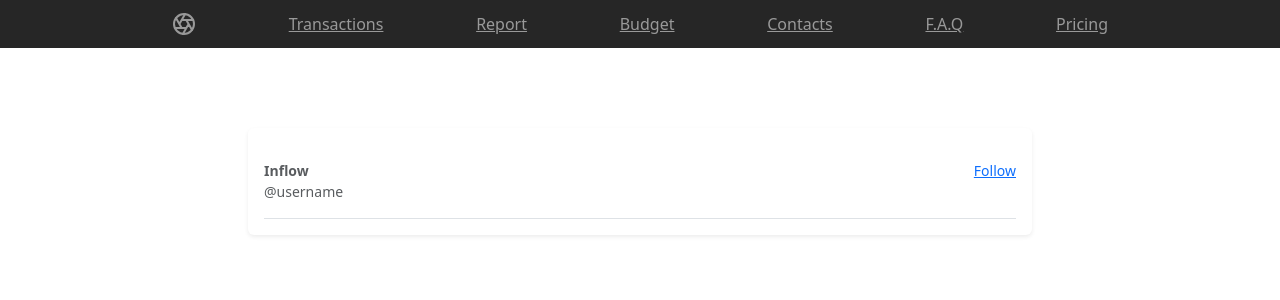
Repository: Nuriddinkhuja/budget-app-advanced
Page: index.html
The author's editor kept a copy of each file at every save. The page is drawn from the files as they stood at one save, then again after the next save.
The browser window is 1280 px wide. The pictures show the whole page.
Some web libraries are served in a nearby version.

Above is the page before, as saved 2019-12-17 16:10:49.

### index.html
<html lang="en">
<head>
    <meta charset="UTF-8">
    <meta name="viewport" content="width=device-width, initial-scale=1.0">
    <meta http-equiv="X-UA-Compatible" content="ie=edge">
    <title>Document</title>
    <link rel="stylesheet" href="./node_modules/bootstrap/dist/css/bootstrap.min.css">
    <link rel="stylesheet" href="./css/style.css">
</head>
<body>
    <nav class="site-header sticky-top py-1">
        <div class="container d-flex flex-column flex-md-row justify-content-between">
            <a class="py-2" href="#" aria-label="Product">
            <svg xmlns="http://www.w3.org/2000/svg" width="24" height="24" fill="none" stroke="currentColor" stroke-linecap="round" stroke-linejoin="round" stroke-width="2" class="d-block mx-auto" role="img" viewBox="0 0 24 24" focusable="false"><title>Product</title><circle cx="12" cy="12" r="10"></circle><path d="M14.31 8l5.74 9.94M9.69 8h11.48M7.38 12l5.74-9.94M9.69 16L3.95 6.06M14.31 16H2.83m13.79-4l-5.74 9.94"></path></svg>
            </a>
            <a class="py-2 d-none d-md-inline-block" href="#">Transactions</a>
            <a class="py-2 d-none d-md-inline-block" href="#">Report</a>
            <a class="py-2 d-none d-md-inline-block" href="#">Budget</a>
            <a class="py-2 d-none d-md-inline-block" href="#">Contacts</a>
            <a class="py-2 d-none d-md-inline-block" href="#">F.A.Q</a>
            <a class="py-2 d-none d-md-inline-block" href="#">Pricing</a>
        </div>
    </nav>
    <div class="container">
        <div class="row p-3 p-md-5 m-md-3">
            <div class="w-100">
                <div class="my-3 p-3 bg-white rounded shadow-sm">
                    <div class="media text-muted pt-3">
                        <div class="media-body pb-3 mb-0 small lh-125 border-bottom border-gray">
                            <div class="d-flex justify-content-between align-items-center w-100">
                                <strong class="text-gray-dark">Inflow</strong>
                                <a href="#">Follow</a>
                            </div>
                            <span class="d-block">@username</span>
                        </div>
                    </div>
                </div>
            </div>
        </div>
    </div>

    <script src="./js/jquery.min.js"></script>
    <script src="./node_modules/popper.js/dist/popper.min.js"></script>
    <script src="./node_modules/bootstrap/dist/js/bootstrap.min.js"></script>
    <script src="./js/main.js"></script>
</body>
</html>

### css/style.css
.container {
    max-width: 960px;
  }

  /*
   * Custom translucent site header
   */

  .site-header {
    background-color: rgba(0, 0, 0, .85);
    -webkit-backdrop-filter: saturate(180%) blur(20px);
    backdrop-filter: saturate(180%) blur(20px);
  }
  .site-header a {
    color: #999;
    transition: ease-in-out color .15s;
  }
  .site-header a:hover {
    color: #fff;
    text-decoration: none;
  }

  /*
   * Dummy devices (replace them with your own or something else entirely!)
   */

  .product-device {
    position: absolute;
    right: 10%;
    bottom: -30%;
    width: 300px;
    height: 540px;
    background-color: #333;
    border-radius: 21px;
    -webkit-transform: rotate(30deg);
    transform: rotate(30deg);
  }

  .product-device::before {
    position: absolute;
    top: 10%;
    right: 10px;
    bottom: 10%;
    left: 10px;
    content: "";
    background-color: rgba(255, 255, 255, .1);
    border-radius: 5px;
  }

  .product-device-2 {
    top: -25%;
    right: auto;
    bottom: 0;
    left: 5%;
    background-color: #e5e5e5;
  }


  /*
   * Extra utilities
   */

  .flex-equal > * {
    -ms-flex: 1;
    flex: 1;
  }
  @media (min-width: 768px) {
    .flex-md-equal > * {
      -ms-flex: 1;
      flex: 1;
    }
  }

  .overflow-hidden { overflow: hidden; }

Loaded but not shown: js/jquery.min.js (library); js/main.js (no stored copy; drawn as an empty file)

After the next save:
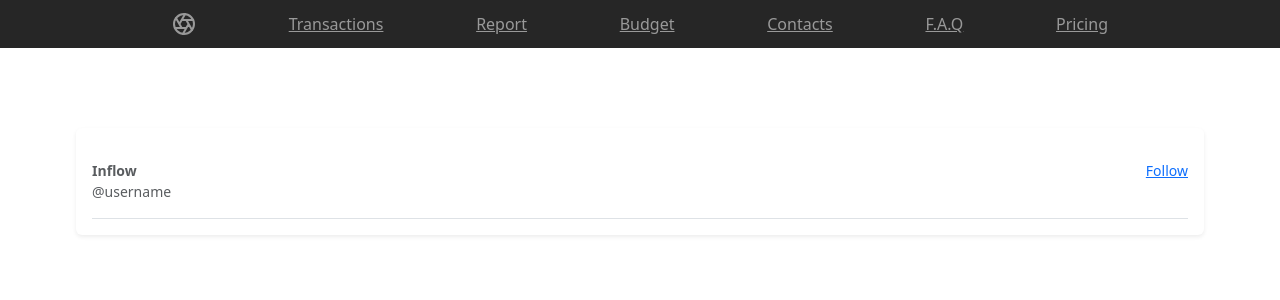
Saved 21 s later.
--- a/index.html
+++ b/index.html
@@ -21,7 +21,7 @@
             <a class="py-2 d-none d-md-inline-block" href="#">Pricing</a>
         </div>
     </nav>
-    <div class="container">
+    <div class="container-flow">
         <div class="row p-3 p-md-5 m-md-3">
             <div class="w-100">
                 <div class="my-3 p-3 bg-white rounded shadow-sm">
